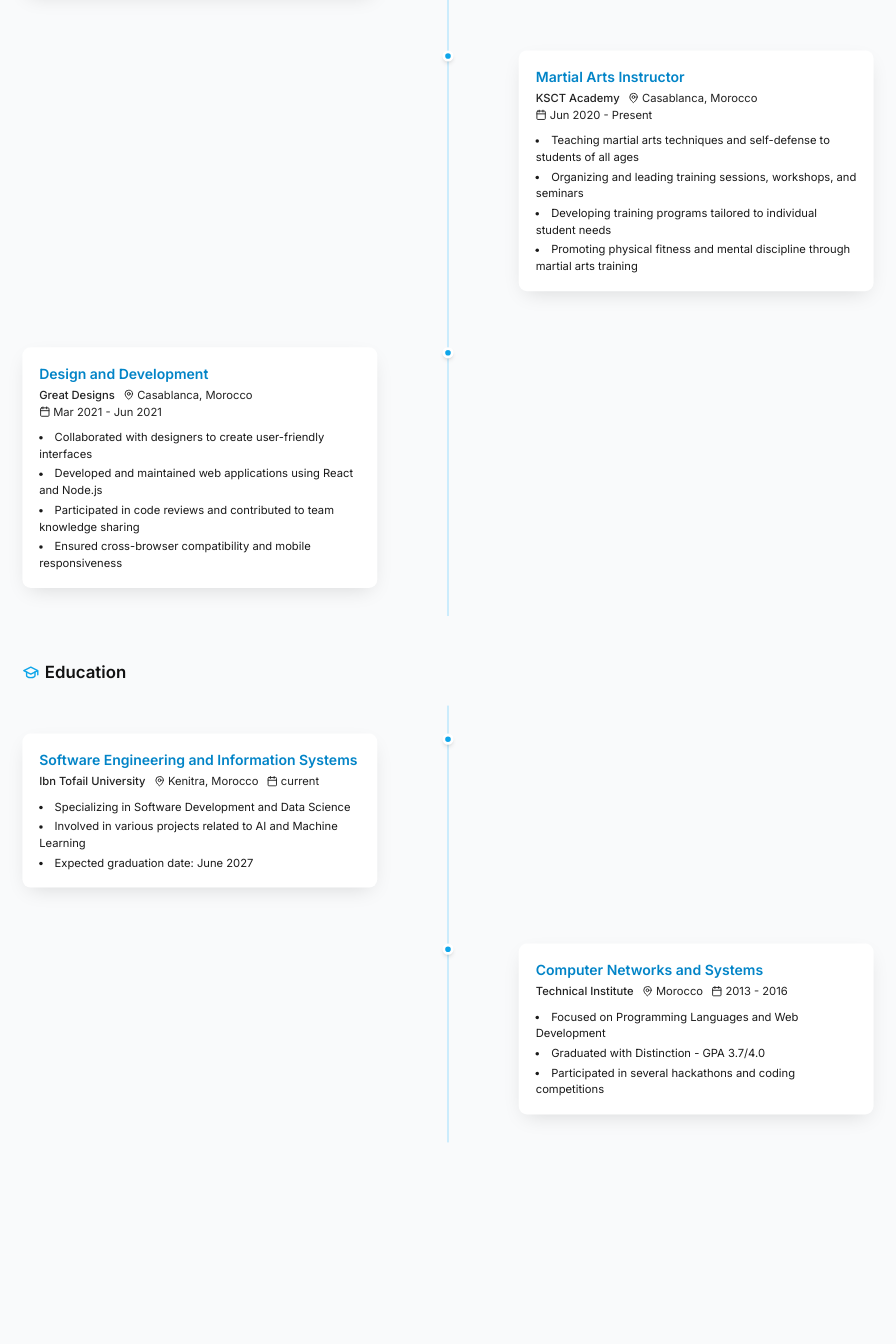
Repository: Abdelilah-Lakrim/Personal_Portfolio
Page: /
The author's editor kept a copy of each file at every save. The page is drawn from the files as they stood at one save, then again after the next save.
The browser window is 1280 px wide. The pictures show the part of the page from y = 4580 to 6500 px (the page is 7905 px tall before and 7929 px after), at 70% of full size.
The project was rebuilt for these pictures with package versions that can differ from the ones it lists, and the page was loaded fresh each time. Also part of the build but not shown: vite.config.ts.

Above is the page before, as saved 2025-05-21 12:52:09.

### index.html
<!doctype html>
<html lang="en">
  <head>
    <meta charset="UTF-8" />
    <link rel="icon" type="image/svg+xml" href="/favicon.svg" />
    <meta name="viewport" content="width=device-width, initial-scale=1.0" />
    <meta name="description" content="Abdelilah Lakrim - Full Stack Developer Portfolio">
    <title>Abdelilah Lakrim | Full Stack Developer</title>
  </head>
  <body>
    <div id="root"></div>
    <script type="module" src="/src/main.tsx"></script>
  </body>
</html>

### src/App.tsx
import React, { useEffect, useState } from 'react';
import Header from './components/Header';
import Hero from './components/Hero';
import About from './components/About';
import Projects from './components/Projects';
import Experience from './components/Experience';
import Skills from './components/Skills';
import Contact from './components/Contact';
import Footer from './components/Footer';
import Cursor from './components/Cursor';
import ScrollToTop from './components/ScrollToTop';

// Import smooth scrolling
import Lenis from '@studio-freight/lenis';

function App() {
  const [mounted, setMounted] = useState(false);

  useEffect(() => {
    // Initialize smooth scrolling
    const lenis = new Lenis({
      duration: 1.2,
      easing: (t) => Math.min(1, 1.001 - Math.pow(2, -10 * t)),
      orientation: 'vertical',
      gestureOrientation: 'vertical',
      smoothWheel: true,
      smoothTouch: false,
      touchMultiplier: 2,
    });

    function raf(time: number) {
      lenis.raf(time);
      requestAnimationFrame(raf);
    }

    requestAnimationFrame(raf);

    // Add intersection observer for animation on scroll
    const observer = new IntersectionObserver(
      (entries) => {
        entries.forEach((entry) => {
          if (entry.isIntersecting) {
            entry.target.classList.add('animate-visible');
          }
        });
      },
      { threshold: 0.1 }
    );

    const hiddenElements = document.querySelectorAll('.animate-hidden');
    hiddenElements.forEach((el) => observer.observe(el));

    setMounted(true);

    return () => {
      // Cleanup
      hiddenElements.forEach((el) => observer.unobserve(el));
    };
  }, []);

  return (
    <div className="hidden-cursor min-h-screen bg-gray-50">
      {mounted && <Cursor />}
      <Header />
      <main>
        <Hero />
        <About />
        <Skills />
        <Projects />
        <Experience />
        <Contact />
      </main>
      <Footer />
      <ScrollToTop />
    </div>
  );
}

export default App;

### src/index.css
@import url('https://fonts.googleapis.com/css2?family=Inter:wght@300;400;500;600;700&family=Poppins:wght@500;600;700&display=swap');

@tailwind base;
@tailwind components;
@tailwind utilities;

:root {
  --cursor-color: rgba(14, 165, 233, 0.7);
}

* {
  margin: 0;
  padding: 0;
  box-sizing: border-box;
  scroll-behavior: smooth;
}

body {
  @apply bg-gray-50 text-dark-800 font-sans overflow-x-hidden;
}

/* Custom cursor styles */
.custom-cursor {
  position: fixed;
  width: 20px;
  height: 20px;
  border-radius: 50%;
  background-color: var(--cursor-color);
  transform: translate(-50%, -50%);
  pointer-events: none;
  z-index: 9999;
  mix-blend-mode: difference;
  transition: transform 0.2s ease-out, opacity 0.2s ease-out, width 0.2s ease-out, height 0.2s ease-out;
}

.custom-cursor.hover {
  width: 50px;
  height: 50px;
  opacity: 0.5;
}

.hidden-cursor {
  cursor: none;
}

/* Custom scrollbar */
::-webkit-scrollbar {
  width: 8px;
}

::-webkit-scrollbar-track {
  @apply bg-gray-100;
}

::-webkit-scrollbar-thumb {
  @apply bg-primary-500 rounded-full;
}

::-webkit-scrollbar-thumb:hover {
  @apply bg-primary-600;
}

/* Section styles */
.section-container {
  @apply max-w-7xl mx-auto px-4 sm:px-6 lg:px-8 py-20;
}

.section-title {
  @apply text-3xl md:text-4xl lg:text-5xl font-bold font-heading mb-8 text-dark-800 relative;
}

.section-title::after {
  content: '';
  @apply absolute bottom-0 left-0 w-24 h-1 bg-primary-500 mt-2 rounded-full;
}

/* Button styles */
.btn-primary {
  @apply px-6 py-3 bg-primary-500 text-white font-medium rounded-md shadow-md hover:bg-primary-600 transition-all duration-300 transform hover:-translate-y-1 focus:outline-none focus:ring-2 focus:ring-primary-400 focus:ring-opacity-50;
}

.btn-secondary {
  @apply px-6 py-3 bg-transparent border-2 border-primary-500 text-primary-500 font-medium rounded-md shadow-md hover:bg-primary-50 transition-all duration-300 transform hover:-translate-y-1 focus:outline-none focus:ring-2 focus:ring-primary-400 focus:ring-opacity-50;
}

/* 3D card effect */
.tilt-card {
  @apply relative overflow-hidden rounded-xl shadow-smooth bg-white p-6 transition-all duration-300 hover:shadow-neon;
  transform-style: preserve-3d;
  transform: perspective(1000px);
}

.skill-bar {
  @apply h-2 rounded-full bg-gray-200 overflow-hidden mt-2;
}

.skill-progress {
  @apply h-full bg-primary-500 rounded-full;
  transition: width 1.5s ease-in-out;
}

/* Animation classes */
.animate-hidden {
  opacity: 0;
  transform: translateY(30px);
}

.animate-visible {
  opacity: 1;
  transform: translateY(0);
  transition: opacity 0.8s ease, transform 0.8s ease;
}

/* Project card styles */
.project-card {
  @apply relative overflow-hidden rounded-xl shadow-smooth transition-all duration-300;
  transform-style: preserve-3d;
  transform: perspective(1000px);
}

.project-card img {
  @apply transition-all duration-500;
}

.project-card:hover img {
  @apply scale-105;
}

.project-card-content {
  @apply absolute inset-0 p-6 flex flex-col justify-end bg-gradient-to-t from-dark-900/80 to-transparent text-white opacity-0 transition-all duration-300;
}

.project-card:hover .project-card-content {
  @apply opacity-100;
}

/* Timeline styles */
.timeline-container {
  @apply relative;
}

.timeline-container::before {
  content: '';
  @apply absolute left-0 md:left-1/2 h-full w-0.5 bg-primary-200 transform md:-translate-x-1/2;
}

.timeline-item {
  @apply relative pt-10 pb-10;
}

.timeline-dot {
  @apply absolute left-0 md:left-1/2 w-4 h-4 rounded-full bg-primary-500 border-4 border-white shadow-md transform md:-translate-x-1/2 z-10;
}

.timeline-content {
  @apply ml-6 md:ml-0 md:w-5/12 p-6 bg-white rounded-xl shadow-smooth transition-all duration-300 hover:shadow-neon;
}

.timeline-item:nth-child(even) .timeline-content {
  @apply md:ml-auto md:mr-0;
}

.timeline-item:nth-child(odd) .timeline-content {
  @apply md:mr-auto md:ml-0;
}

### src/components/About.tsx
import React from 'react';
import { motion } from 'framer-motion';
import { Code, PaintBucket, Smartphone, Globe } from 'lucide-react';
import { Tilt } from 'react-tilt';

const tiltOptions = {
  max: 15,
  scale: 1.05,
  speed: 1000,
  glare: true,
  "max-glare": 0.1,
};

const About: React.FC = () => {
  const services = [
    {
      title: 'Web Development',
      icon: <Code className="w-10 h-10 text-primary-500" />,
      description:
        'Custom websites with clean code and modern frameworks. Specializing in React, Vue, and Node.js.',
    },
    {
      title: 'UI/UX Design',
      icon: <PaintBucket className="w-10 h-10 text-primary-500" />,
      description:
        'Creative designs that focus on user experience. Wireframing, prototyping, and implementing beautiful interfaces.',
    },
    {
      title: 'Mobile Development',
      icon: <Smartphone className="w-10 h-10 text-primary-500" />,
      description:
        'Native and cross-platform mobile apps for iOS and Android using React Native and Flutter.',
    },
    {
      title: 'E-Commerce Solutions',
      icon: <Globe className="w-10 h-10 text-primary-500" />,
      description:
        'Complete online shopping experiences from product catalogs to secure payment integrations.',
    },
  ];

  return (
    <section id="about" className="py-20">
      <div className="section-container">
        <motion.div
          initial={{ opacity: 0, y: 20 }}
          whileInView={{ opacity: 1, y: 0 }}
          viewport={{ once: true }}
          transition={{ duration: 0.8 }}
          className="animate-hidden"
        >
          <h2 className="section-title">About Me</h2>
          <div className="grid grid-cols-1 lg:grid-cols-2 gap-12 items-center">
            {/* About content */}
            <div>
              <p className="text-lg text-dark-700 mb-6">
                Hi there! I'm <span className="font-semibold text-primary-600">Abdelilah Lakrim</span>, a passionate Full Stack Developer based in Morocco with over 3 years of experience in creating beautiful, functional, and user-centered digital experiences.
              </p>
              <p className="text-lg text-dark-700 mb-6">
                With a strong foundation in both front-end and back-end technologies, I enjoy bringing ideas to life in the browser. My approach combines clean code, intuitive design, and performance optimization to deliver exceptional digital experiences.
              </p>
              <p className="text-lg text-dark-700 mb-8">
                When I'm not coding, you'll find me exploring new technologies, contributing to open-source projects, or enjoying nature. I'm always open to new challenges and opportunities to grow.
              </p>

              {/* Personal details */}
              <div className="grid grid-cols-1 md:grid-cols-2 gap-y-4 gap-x-8 mb-8">
                <div>
                  <h3 className="text-dark-800 font-semiboldi">Name:</h3>
                  <p>Abdelilah Lakrim</p>
                </div>
                <div>
                  <h3 className="text-dark-800 font-semibold">Email:</h3>
                  <p>lakrimabdelilah@gmail.com</p>
                </div>
                <div>
                  <h3 className="text-dark-800 font-semibold">Location:</h3>
                  <p>Casablanca, Morocco</p>
                </div>
                <div>
                  <h3 className="text-dark-800 font-semibold">Availability:</h3>
                  <p>Available for freelance</p>
                </div>
              </div>

              <a href="/abdelilah-lakrim-resume.pdf" className="btn-primary">
                Download Resume
              </a>
            </div>

            {/* Services */}
            <div className="grid grid-cols-1 sm:grid-cols-2 gap-4">
              {services.map((service, index) => (
                <Tilt key={index} options={tiltOptions}>
                  <div className="tilt-card h-full">
                    <div className="mb-4">{service.icon}</div>
                    <h3 className="text-xl font-semibold text-dark-800 mb-2">
                      {service.title}
                    </h3>
                    <p className="text-dark-600">{service.description}</p>
                  </div>
                </Tilt>
              ))}
            </div>
          </div>
        </motion.div>
      </div>
    </section>
  );
};

export default About;

### src/components/Experience.tsx
import React from 'react';
import { motion } from 'framer-motion';
import { Calendar, MapPin, Briefcase } from 'lucide-react';

interface ExperienceItem {
  id: number;
  position: string;
  company: string;
  location: string;
  duration: string;
  description: string[];
}

const Experience: React.FC = () => {
  const experiences: ExperienceItem[] = [
    {
      id: 1,
      position: 'Full Stack Web Developer',
      company: 'LeBahutdesEntrepreneurs.',
      location: 'Paris, France . Remote ',
      duration: 'apr 2025 - Present',
      description: [
        'Building and maintaining responsive web applications',
        'Implemented modern UI/UX designs using React, TypeScript, and Tailwind CSS',
        'Reduced page load time by 40% through code optimization and lazy loading techniques',
        'Integrated third-party APIs and services to extend application functionality',
      ],
    },
    {
      id: 2,
      position: 'Martial Arts Instructor',
      company: 'KSCT Academy',
      location: 'Casablanca, Morocco',
      duration: 'Jun 2020 - Present',
      description: [
        'Teaching martial arts techniques and self-defense to students of all ages',
        'Organizing and leading training sessions, workshops, and seminars',
        'Developing training programs tailored to individual student needs',
        'Promoting physical fitness and mental discipline through martial arts training',
      ],
    },
    {
      id: 3,
      position: 'Design and Development',
      company: 'Great Designs',
      location: 'Casablanca, Morocco',
      duration: 'Mar 2021 - Jun 2021',
      description: [
        'Collaborated with designers to create user-friendly interfaces',
        'Developed and maintained web applications using React and Node.js',
        'Participated in code reviews and contributed to team knowledge sharing',
        'Ensured cross-browser compatibility and mobile responsiveness',
      ],
    },

  ];

  const education = [
    {
      id: 1,
      degree: 'Software Engineering and Information Systems',
      institution: 'Ibn Tofail University',
      location: 'Kenitra, Morocco',
      duration: 'current',
      description: [
        'Specializing in Software Development and Data Science',
        'Involved in various projects related to AI and Machine Learning',
        'Expected graduation date: June 2027',
      ],
    },
    {
      id: 2,
      degree: 'Computer Networks and Systems',
      institution: 'Technical Institute',
      location: 'Morocco',
      duration: '2013 - 2016',
      description: [
        'Focused on Programming Languages and Web Development',
        'Graduated with Distinction - GPA 3.7/4.0',
        'Participated in several hackathons and coding competitions',
      ],
    },
  ];

  return (
    <section id="experience" className="py-20 bg-gray-50">
      <div className="section-container">
        <h2 className="section-title">Experience & Education</h2>

        {/* Work Experience */}
        <div className="mb-16">
          <h3 className="text-2xl font-semibold text-dark-800 mb-8 flex items-center">
            <Briefcase className="w-6 h-6 mr-2 text-primary-500" />
            Work Experience
          </h3>

          <div className="timeline-container">
            {experiences.map((exp, index) => (
              <motion.div
                key={exp.id}
                className="timeline-item"
                initial={{ opacity: 0, y: 50 }}
                whileInView={{ opacity: 1, y: 0 }}
                viewport={{ once: true, margin: "-100px" }}
                transition={{ duration: 0.5, delay: index * 0.1 }}
              >
                <div className="timeline-dot"></div>
                <div className="timeline-content">
                  <h4 className="text-xl font-semibold text-primary-600">{exp.position}</h4>
                  <div className="flex flex-wrap items-center text-dark-600 mt-1 mb-3">
                    <span className="font-medium mr-3">{exp.company}</span>
                    <span className="flex items-center mr-3">
                      <MapPin className="w-4 h-4 mr-1" />
                      {exp.location}
                    </span>
                    <span className="flex items-center">
                      <Calendar className="w-4 h-4 mr-1" />
                      {exp.duration}
                    </span>
                  </div>
                  <ul className="list-disc list-inside text-dark-700 space-y-1">
                    {exp.description.map((item, i) => (
                      <li key={i}>{item}</li>
                    ))}
                  </ul>
                </div>
              </motion.div>
            ))}
          </div>
        </div>

        {/* Education */}
        <div>
          <h3 className="text-2xl font-semibold text-dark-800 mb-8 flex items-center">
            <svg
              xmlns="http://www.w3.org/2000/svg"
              className="w-6 h-6 mr-2 text-primary-500"
              viewBox="0 0 24 24"
              fill="none"
              stroke="currentColor"
              strokeWidth="2"
              strokeLinecap="round"
              strokeLinejoin="round"
            >
              <path d="M22 10v6M2 10l10-5 10 5-10 5z"/>
              <path d="M6 12v5c0 2 2 3 6 3s6-1 6-3v-5"/>
            </svg>
            Education
          </h3>

          <div className="timeline-container">
            {education.map((edu, index) => (
              <motion.div
                key={edu.id}
                className="timeline-item"
                initial={{ opacity: 0, y: 50 }}
                whileInView={{ opacity: 1, y: 0 }}
                viewport={{ once: true, margin: "-100px" }}
                transition={{ duration: 0.5, delay: index * 0.1 }}
              >
                <div className="timeline-dot"></div>
                <div className="timeline-content">
                  <h4 className="text-xl font-semibold text-primary-600">{edu.degree}</h4>
                  <div className="flex flex-wrap items-center text-dark-600 mt-1 mb-3">
                    <span className="font-medium mr-3">{edu.institution}</span>
                    <span className="flex items-center mr-3">
                      <MapPin className="w-4 h-4 mr-1" />
                      {edu.location}
                    </span>
                    <span className="flex items-center">
                      <Calendar className="w-4 h-4 mr-1" />
                      {edu.duration}
                    </span>
                  </div>
                  <ul className="list-disc list-inside text-dark-700 space-y-1">
                    {edu.description.map((item, i) => (
                      <li key={i}>{item}</li>
                    ))}
                  </ul>
                </div>
              </motion.div>
            ))}
          </div>
        </div>
      </div>
    </section>
  );
};

export default Experience;

### src/components/Cursor.tsx
import React, { useEffect, useState } from 'react';

const Cursor: React.FC = () => {
  const [position, setPosition] = useState({ x: 0, y: 0 });
  const [hidden, setHidden] = useState(false);
  const [clicked, setClicked] = useState(false);
  const [hovering, setHovering] = useState(false);

  useEffect(() => {
    const updatePosition = (e: MouseEvent) => {
      setPosition({ x: e.clientX, y: e.clientY });
    };

    const handleMouseEnter = () => setHidden(false);
    const handleMouseLeave = () => setHidden(true);
    const handleMouseDown = () => setClicked(true);
    const handleMouseUp = () => setClicked(false);

    const handleLinkHover = () => setHovering(true);
    const handleLinkLeave = () => setHovering(false);

    // Add event listeners
    window.addEventListener('mousemove', updatePosition);
    document.body.addEventListener('mouseenter', handleMouseEnter);
    document.body.addEventListener('mouseleave', handleMouseLeave);
    window.addEventListener('mousedown', handleMouseDown);
    window.addEventListener('mouseup', handleMouseUp);

    // Add hover effect for links and buttons
    const interactiveElements = document.querySelectorAll('a, button, .tilt-card, .project-card');
    interactiveElements.forEach(el => {
      el.addEventListener('mouseenter', handleLinkHover);
      el.addEventListener('mouseleave', handleLinkLeave);
    });

    return () => {
      window.removeEventListener('mousemove', updatePosition);
      document.body.removeEventListener('mouseenter', handleMouseEnter);
      document.body.removeEventListener('mouseleave', handleMouseLeave);
      window.removeEventListener('mousedown', handleMouseDown);
      window.removeEventListener('mouseup', handleMouseUp);

      interactiveElements.forEach(el => {
        el.removeEventListener('mouseenter', handleLinkHover);
        el.removeEventListener('mouseleave', handleLinkLeave);
      });
    };
  }, []);

  const cursorStyle = {
    left: `${position.x}px`,
    top: `${position.y}px`,
    transform: `translate(-50%, -50%) scale(${clicked ? 0.8 : 1})`,
    opacity: hidden ? 0 : 1,
  };

  const cursorClass = `custom-cursor ${hovering ? 'hover' : ''}`;

  return <div className={cursorClass} style={cursorStyle}></div>;
};

export default Cursor;

### src/components/ScrollToTop.tsx
import React, { useEffect, useState } from 'react';
import { ArrowUp } from 'lucide-react';

const ScrollToTop: React.FC = () => {
  const [isVisible, setIsVisible] = useState(false);

  useEffect(() => {
    const toggleVisibility = () => {
      if (window.scrollY > 500) {
        setIsVisible(true);
      } else {
        setIsVisible(false);
      }
    };

    window.addEventListener('scroll', toggleVisibility);

    return () => window.removeEventListener('scroll', toggleVisibility);
  }, []);

  const scrollToTop = () => {
    window.scrollTo({
      top: 0,
      behavior: 'smooth',
    });
  };

  return (
    <button
      onClick={scrollToTop}
      className={`fixed bottom-8 right-8 p-3 rounded-full bg-primary-500 text-white shadow-lg hover:bg-primary-600 transition-all duration-300 z-50 ${
        isVisible ? 'opacity-100 translate-y-0' : 'opacity-0 translate-y-10 pointer-events-none'
      }`}
      aria-label="Scroll to top"
    >
      <ArrowUp className="w-6 h-6" />
    </button>
  );
};

export default ScrollToTop;

Loaded but not shown: src/main.tsx (common file); tailwind.config.js (95 lines, source omitted); src/components/Projects.tsx (249 lines, source omitted); src/components/Contact.tsx (241 lines, source omitted); src/components/Hero.tsx (178 lines, source omitted); src/components/Footer.tsx (154 lines, source omitted); src/components/Skills.tsx (161 lines, source omitted); src/components/Header.tsx (145 lines, source omitted)

After the next save:
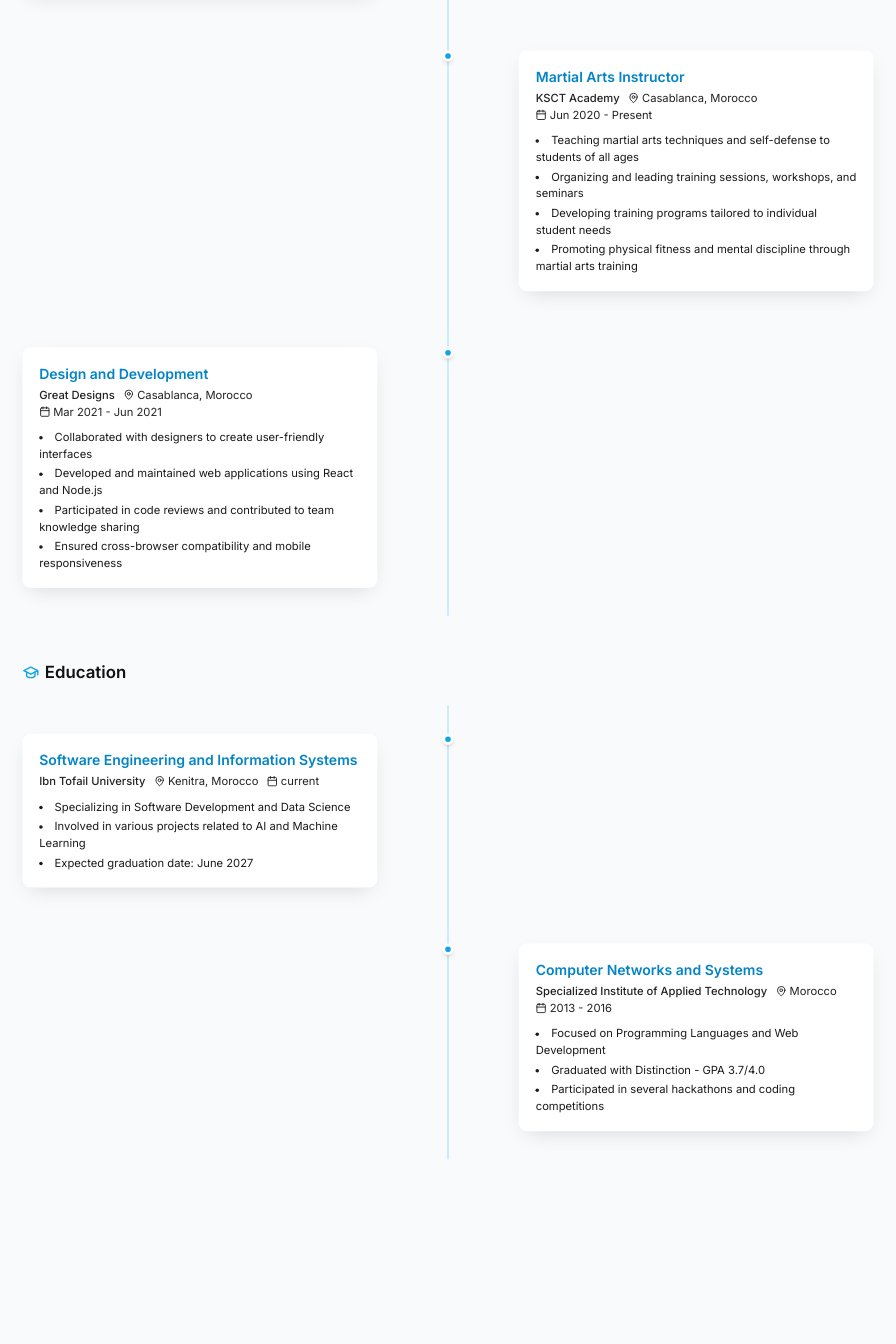
Saved 15 s later.
--- a/src/components/Experience.tsx
+++ b/src/components/Experience.tsx
@@ -71,7 +71,7 @@ const Experience: React.FC = () => {
     {
       id: 2,
       degree: 'Computer Networks and Systems',
-      institution: 'Technical Institute',
+      institution: 'Specialized Institute of Applied Technology',
       location: 'Morocco',
       duration: '2013 - 2016',
       description: [
